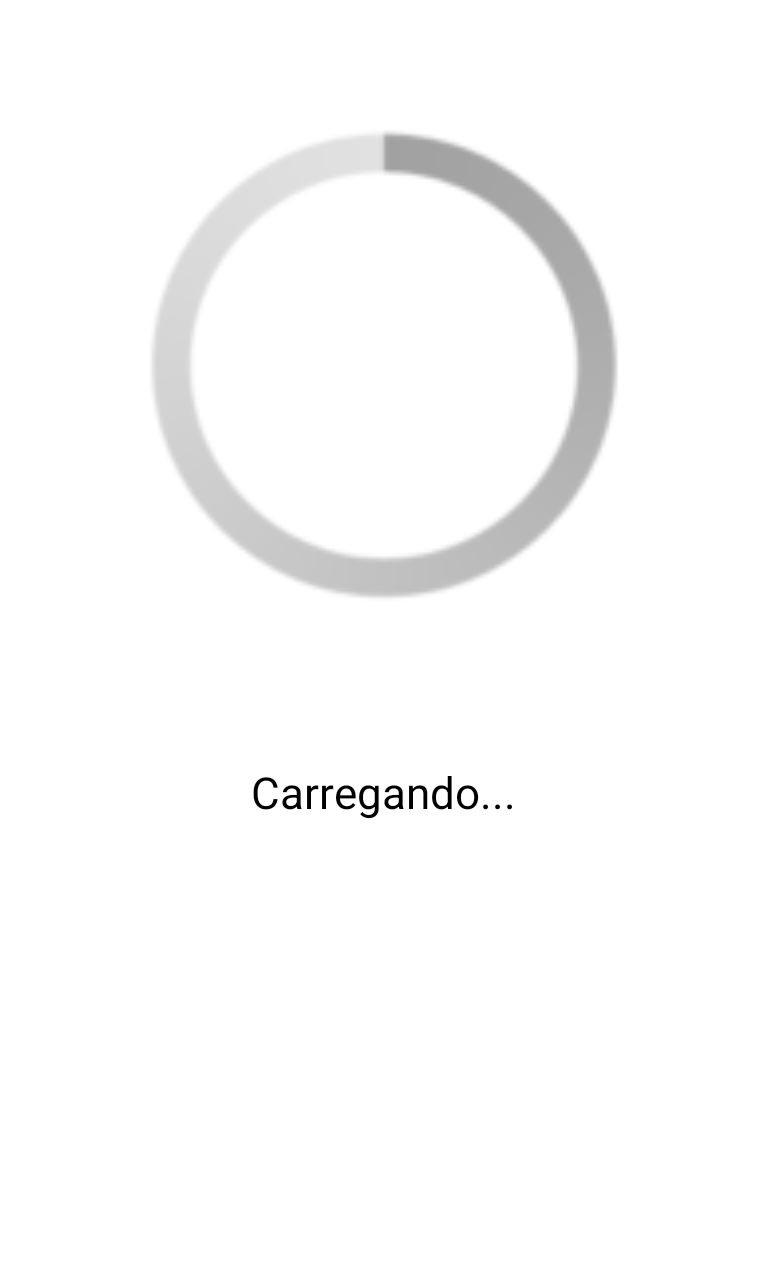
Repository: yurifialho/pos-android
Layout: Projeto10/res/layout/activity_main.xml
These files come from the project's save history. The layout is drawn as it stood at one moment and after the next save; the edit follows.
It is drawn on a 768 x 1280 px phone screen (xhdpi) without system bars, with theme AppTheme; the app's code is not run.

Above is the layout before, as saved 2014-03-22 17:09:37.

After the next save:
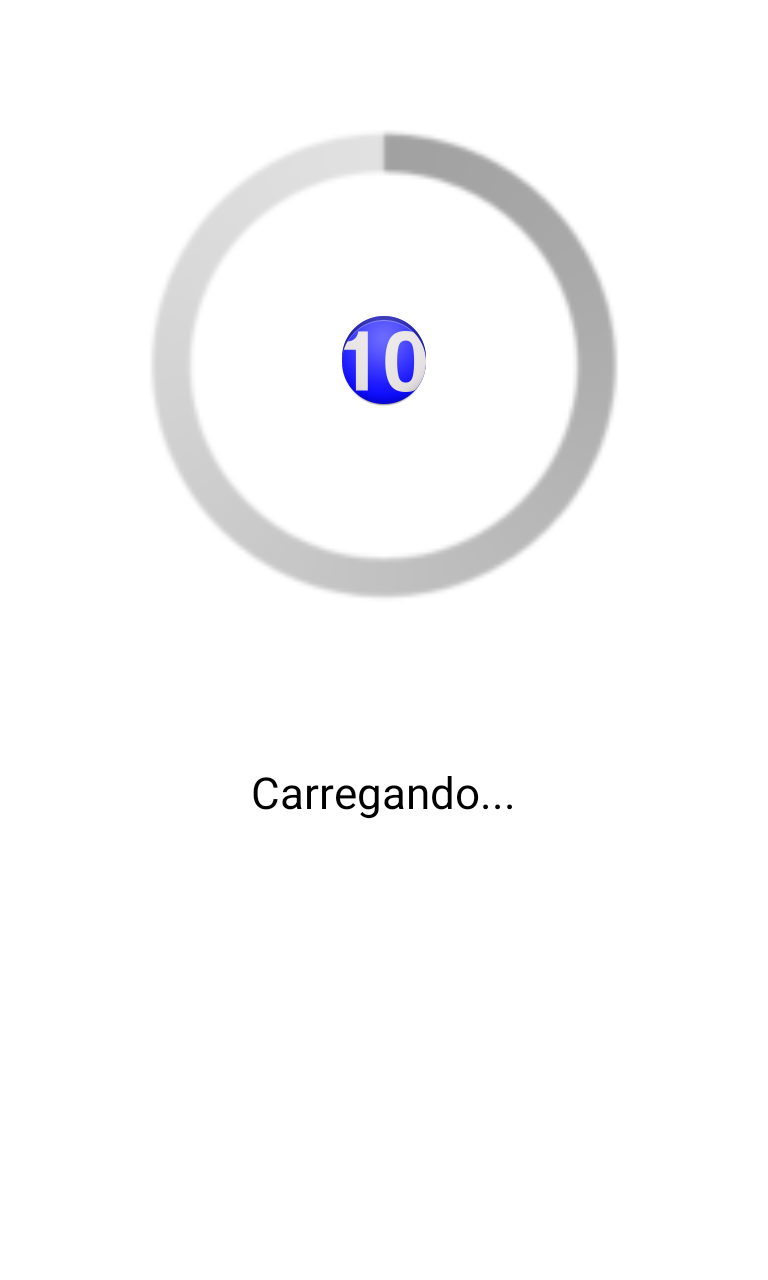
Saved 110 s later.
--- a/Projeto10/res/layout/activity_main.xml
+++ b/Projeto10/res/layout/activity_main.xml
@@ -29,4 +29,13 @@
         android:text="Carregando..."
         android:textAppearance="?android:attr/textAppearanceLarge" />
 
+    <ImageView
+        android:id="@+id/imageView1"
+        android:layout_width="wrap_content"
+        android:layout_height="wrap_content"
+        android:layout_alignTop="@+id/progressBar1"
+        android:layout_centerHorizontal="true"
+        android:layout_marginTop="124dp"
+        android:src="@drawable/ic_launcher" />
+
 </RelativeLayout>
